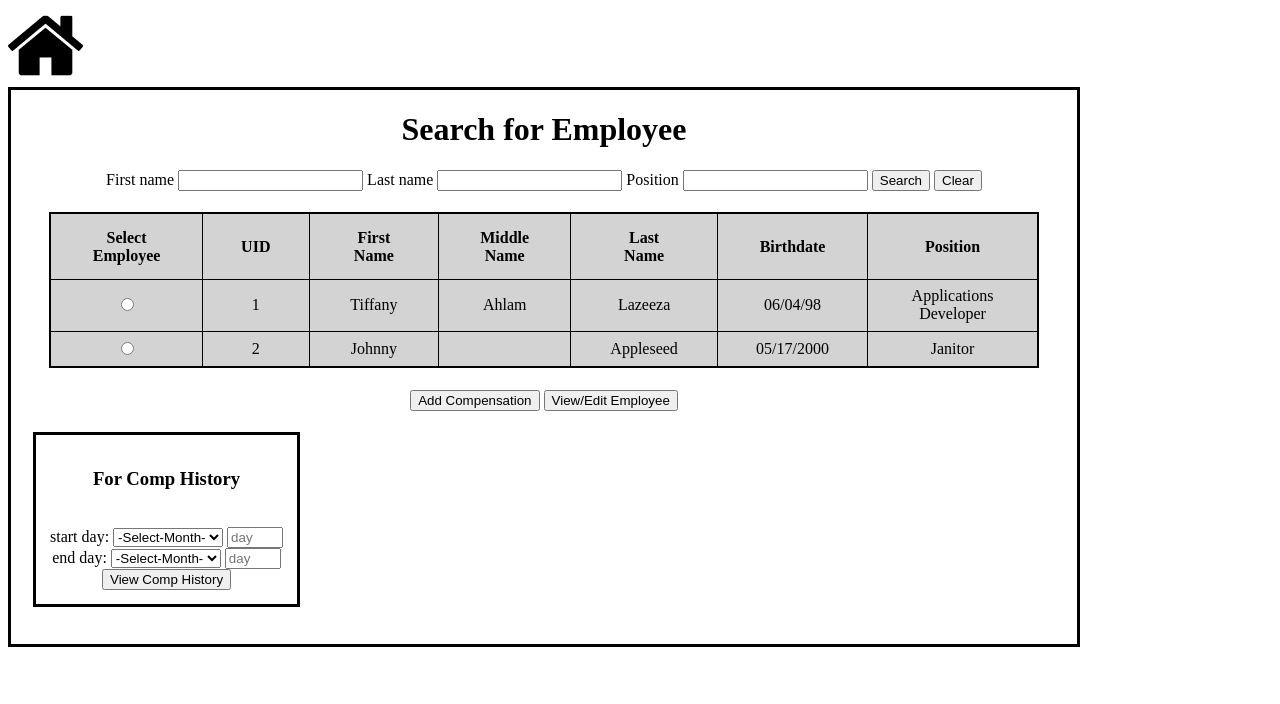
Repository: ticross18/SpringBootEmployeeSystem
Page: http://localhost/searchEmp
These files come from the project's save history. The page is drawn as it stood at one moment and after the next save; the edit follows.
The browser window is 1280 px wide. The pictures show the whole page.
The page is this project's Thymeleaf template; nobody is signed in. The template is opened directly, without the code that normally fills it, so the values that code supplies are empty.

Above is the page before, as saved 2022-05-17 18:10:05.

### EmploymentSystem/src/main/resources/templates/searchEmp.html
<!DOCTYPE html>
<html>
<head>
	<title>Search for Employee</title>
	<meta charset="UTF-8">
	<meta name="viewport" content="width=device-width, initial-scale=1.0">
	<link href="css/screens.css" rel="stylesheet" type="text/css">
</head>
<body>

<a href="/"><img src="images/homeIcon2.png" id="homeButton" alt="home button"></a>

<div id="SearchEmpBox" >
	<h1 id="title">Search for Employee</h1>

	<form>
		<label for="fname">First name </label>
		<input type="text" id="fname" name="fname">
		<label for="lname">Last name  </label>
		<input type="text" id="lname" name="lname">
		<label for="position">Position</label>
		<input type="text" id="position" name="position">
		<button type="button" name ="search">Search</button>
		<button type="clear" name ="clear">Clear</button>
	</form>

	<table border=1  rules=rows id="results" >
		<tr>
			<th>Select Employee</th>
			<th>UID</th>
			<th>First Name</th>
			<th>Middle Name</th>
			<th>Last Name</th>
			<th>Birthdate</th>
			<th>Position</th>
		</tr>
		 <tr class="entries">
			<td><input type="radio" name="edit" class="editEmp"/></td>
			<td>1</td>
			<td>Tiffany</td>
			<td>Ahlam</td>
			<td>Lazeeza</td>
			<td>06/04/98</td>
			<td>Applications Developer</td>
		</tr>
		 <tr class="entries">
			<td><input type="radio" name="edit" class="editEmp"/></td>
			<td>2</td>
			<td>Johnny</td>
			<td></td>
			<td>Appleseed</td>
			<td>05/17/2000</td>
			<td>Janitor</td>
		</tr>

	</table>

     <button type="button" class="optionButtons" onclick="location.href = '#';"  id="addEmp" > Add Compensation </button>

     <button type="button" class="optionButtons" onclick="location.href = '#';" id="viewEditEmp"> View/Edit Employee </button>

	<div id="dateRange">
		<h3>For Comp History</h3><br>

		<label >start day:</label>
		    <select class='monthDropDown'>
			    <option selected value=''>-Select-Month-</option>
			    <option value='1'>January</option>
			    <option value='2'>February</option>
			    <option value='3'>March</option>
			    <option value='4'>April</option>
			    <option value='5'>May</option>
			    <option value='6'>June</option>
			    <option value='7'>July</option>
			    <option value='8'>August</option>
			    <option value='9'>September</option>
			    <option value='10'>October</option>
			    <option value='11'>November</option>
			    <option value='12'>December</option>
		    </select>
		    <input type="number"min="0" max="31" placeholder="day"/>

		    <br>

		<label>end day:</label>
		<select class='monthDropDown'>
		    <option selected value=''>-Select-Month-</option>
		    <option value='1'>January</option>
		    <option value='2'>February</option>
		    <option value='3'>March</option>
		    <option value='4'>April</option>
		    <option value='5'>May</option>
		    <option value='6'>June</option>
		    <option value='7'>July</option>
		    <option value='8'>August</option>
		    <option value='9'>September</option>
		    <option value='10'>October</option>
		    <option value='11'>November</option>
		    <option value='12'>December</option>
	    </select>
	    <input type="number"min="0" max="31" placeholder="day"/>
	     <br><button type="button" class="optionButtons" onclick="location.href = '#';" id="compHistory" > View Comp History </button>

	</div>


</div>
</body>
</html>

### EmploymentSystem/src/main/resources/static/css/screens.css
.container {
   display: flex;

}

#homeButton{
	width:75px;
	height:75px;
	position: relative;
}

.asterisk{
	color: red;
}

#addEmpBox {
	padding-left: 40vw;
	border: 3px solid rgb(0, 0, 0);
	padding-bottom: 15px;
}

#addEmpBox input {
	margin-bottom: 15px;
	padding: 2px;
}

#SearchEmpBox {
	border: 3px solid rgb(0, 0, 0);
	padding-bottom: 15px;
	margin-right: 15vw;
	text-align: center;
}

#userInput {
	display:inline-table;
}

#results {
	border: 2px solid black;
	margin: 10px;
	background-color: lightgrey;
	border-collapse: collapse;
	margin:  3vh 3vw;
}

#results th {
	padding: 2vh 3vw;
	border-left: 1px solid #000;
    border-right: 1px solid #000;
}

#results td {
	padding: 1vh 3vw ;
	border-left: 1px solid #000;
    border-right: 1px solid #000;

}

#finalEdit{
	text-align: left;
	position: left;
}

button.optionButtons {

}

button.optionButtons:active {
  box-shadow: 0 5px #666;
  transform: translateY(4px);
}

button.optionButtons:hover {
  background-color: rgb(255, 255, 128);
  cursor: pointer;
}

#dateRange {
	border: 3px solid rgb(0, 0, 0);
	width:fit-content;
	margin: 3vh;
	padding: 2vh;
}



.monthDropDown {
	width:110px;
}


tr.entries:hover {
  background-color: white;
  cursor: pointer;
}

After the next save:
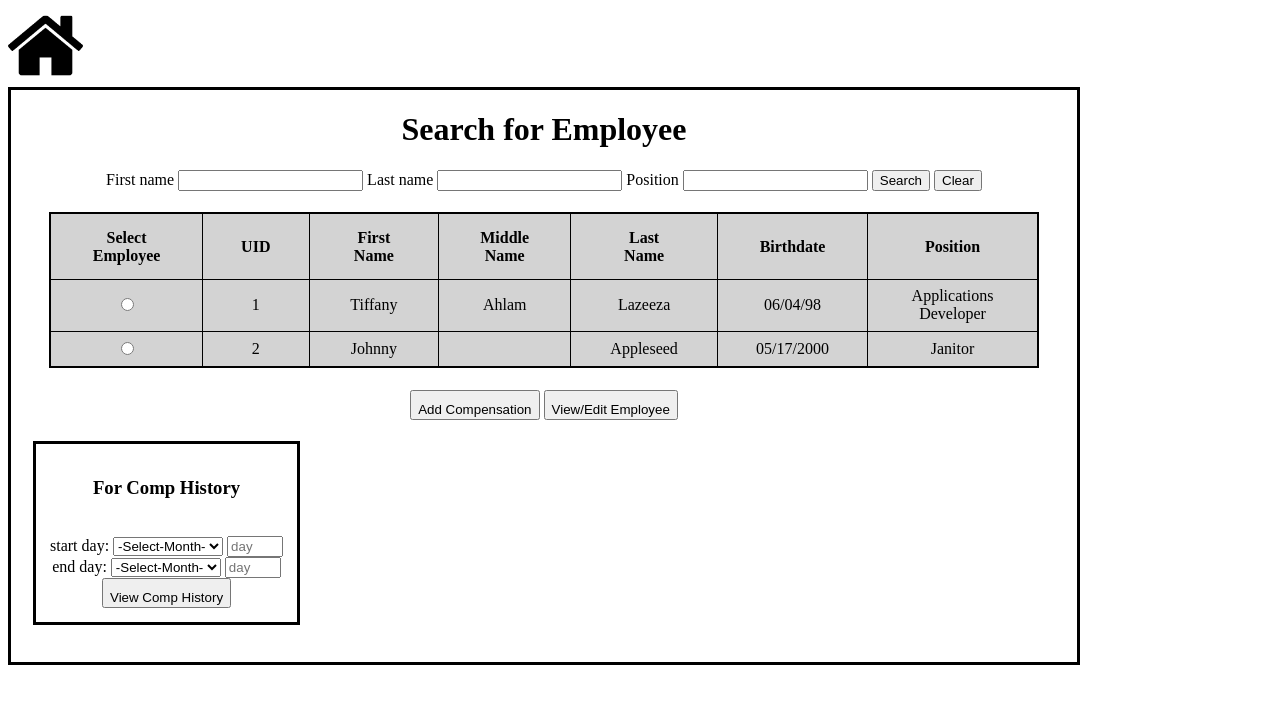
Saved 19 s later.
--- a/EmploymentSystem/src/main/resources/static/css/screens.css
+++ b/EmploymentSystem/src/main/resources/static/css/screens.css
@@ -62,7 +62,7 @@
 }
 
 button.optionButtons {
-
+	padding-top: 10px;
 }
 
 button.optionButtons:active {
